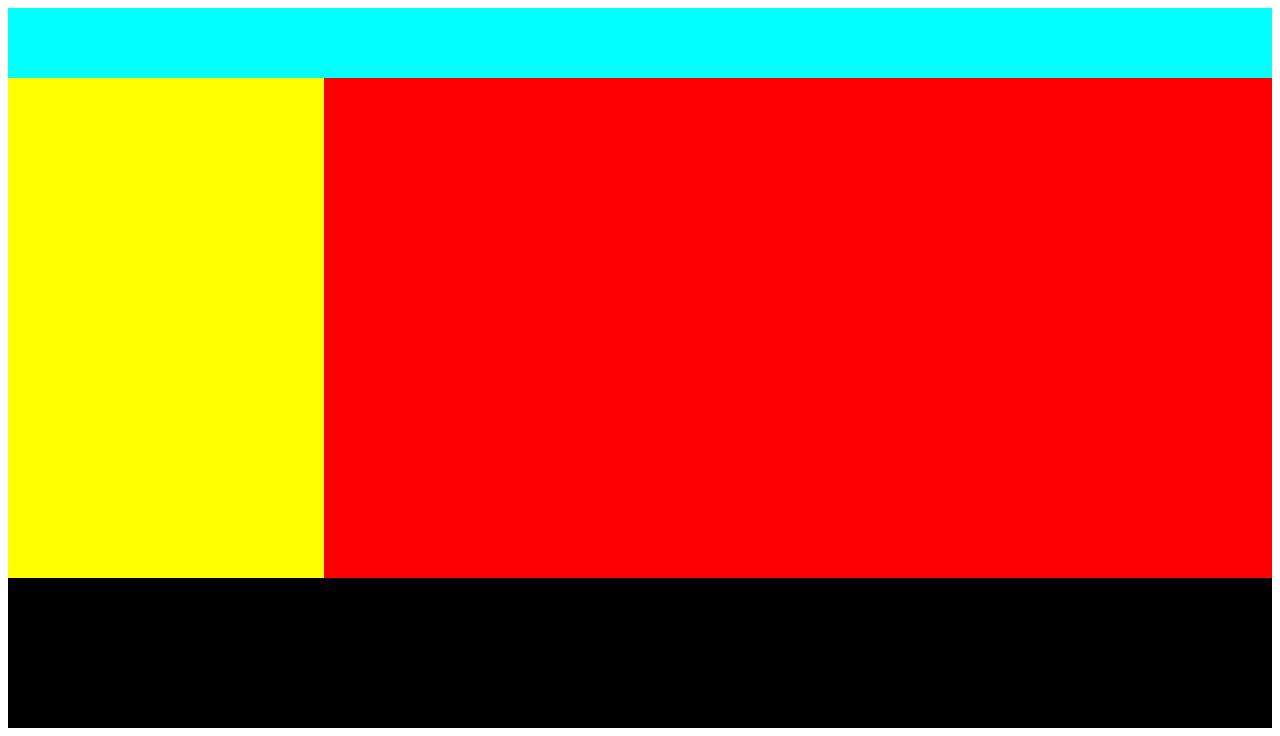
Repository: mireu930/Serverlet_App
Page: src/build/classes/webapp/template/layout.html
These files come from the project's save history. The page is drawn as it stood at one moment and after the next save; the edit follows.
The browser window is 1280 px wide. The pictures show the whole page.

Above is the page before, as saved 2025-02-07 11:22:14.

### src/build/classes/webapp/template/layout.html
<!DOCTYPE html>
<html lang="en">
<head>
  <meta charset="UTF-8">
  <meta name="viewport" content="width=device-width, initial-scale=1.0">
  <title>Document</title>
  <style>
    header {
  width: 100%;
  height: 70px;
  /* background-color: gray; */
}

.wrap_left{
  display: flex;
}

.left {
  width: 25%;
  height: 100%;

}

.right {

  height: 100%;
}

header:first-child {
  background-color:aqua;
}

.menu {
  background-color:gray;
}

.content {
  width: 100%;
  height: 500px;
  background-color: red;
}

.content_left {
background-color:yellow
}

.content_right {
  background-color:blue
}

footer {
  width: 100%;
  height: 150px;
  background-color: black;
}
  </style>
</head>
<body>
  <header class = "wrap_left">
    <div class = "left logo" >

    </div>
    <div class = "right menu">

    </div>
  </header>
  <section class = "wrap_left content">
    <div class = " left content_left">

    </div>
    <div class = " right content_right">

    </div>
  </section>
  <footer class = "wrap_left">
    <div class = "left footer_left">

    </div>
    <div class = "right footer_right">

    </div>
  </footer>

</body>
</html>

After the next save:
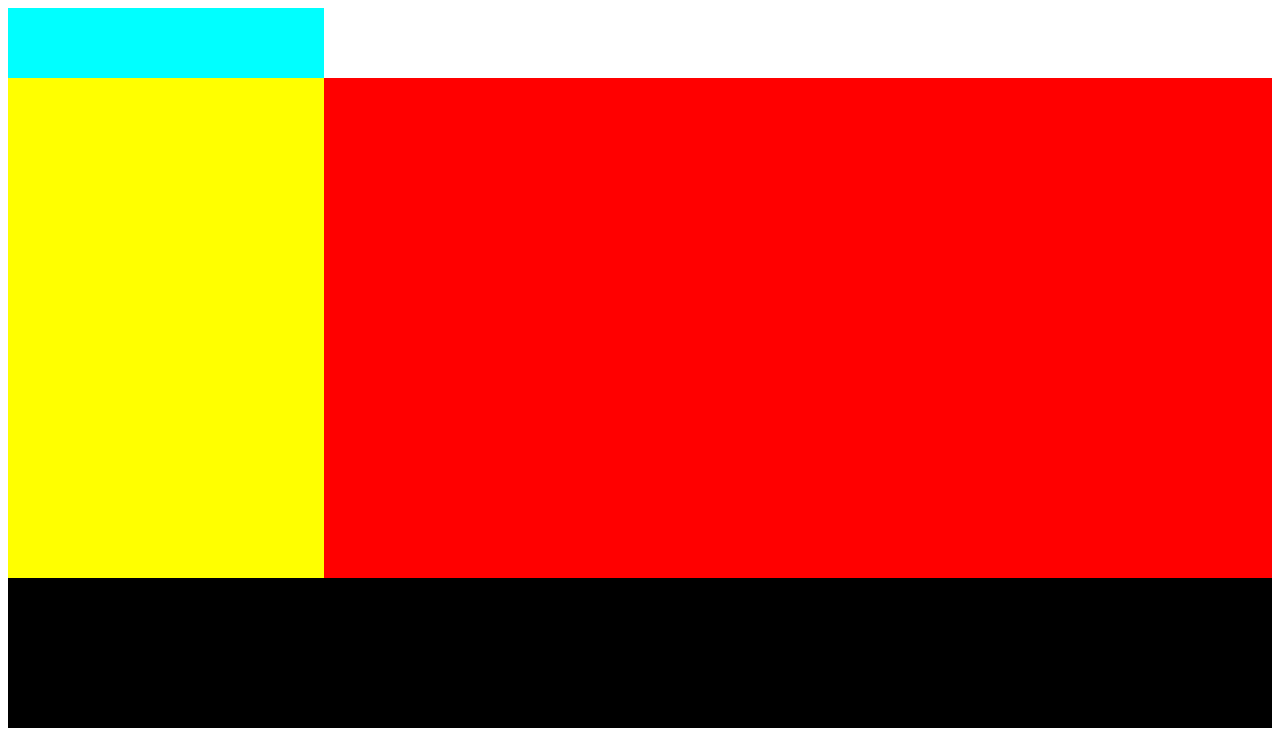
Saved 21 s later.
--- a/src/build/classes/webapp/template/layout.html
+++ b/src/build/classes/webapp/template/layout.html
@@ -26,7 +26,7 @@
   height: 100%;
 }
 
-header:first-child {
+.logo {
   background-color:aqua;
 }
 
